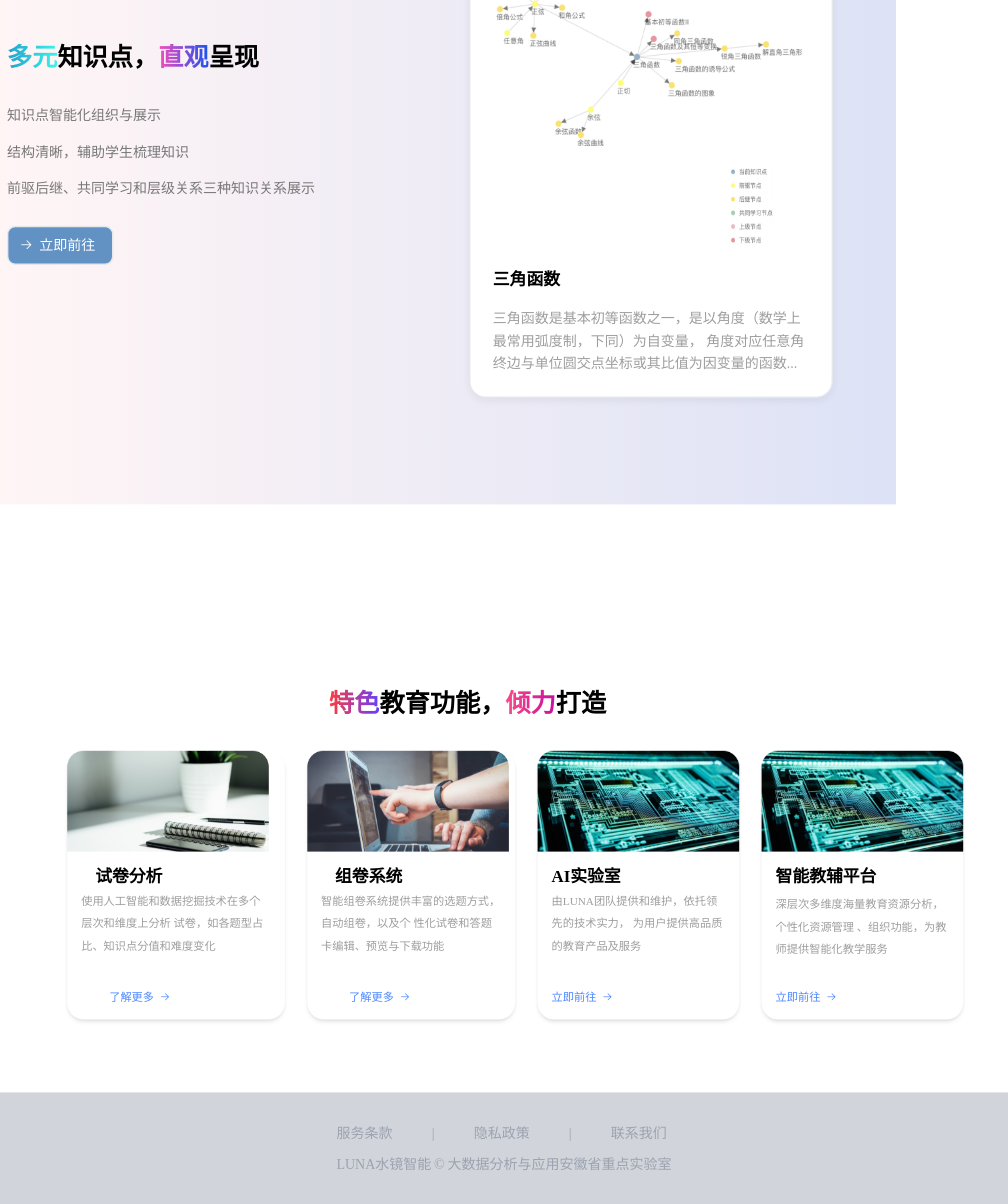
Repository: xydzy1/vue-start
Page: /
An editor plug-in stored every save of this project. The page is shown before and after the next save, followed by the edit.
The browser window is 1280 px wide. The page is 1440 px wide, so the pictures cover 1440 px, including what lies to the right of the window. The pictures show the part of the page from y = 2632 to 4352 px (the page is 4352 px tall), at 70% of full size.
The project was rebuilt for these pictures with package versions that can differ from the ones it lists, and the page was loaded fresh each time. Also part of the build but not shown: vite.config.js, vue.config.cjs, src/assets/part1.css.

Above is the page before, as saved 2023-08-13 11:18:17.

### index.html
<!doctype html>
<html lang="en">
  <head>
    <meta charset="UTF-8" />
    <link rel="icon" type="image/svg+xml" href="/vite.svg" />
    <meta name="viewport" content="width=device-width, initial-scale=1.0" />
    <title>Vite App</title>
  </head>
  <body>
    <div id="app"></div>
    <script type="module" src="./src/main.js"></script>
  </body>
</html>

### src/main.js
// main.js
import Vue from "vue";
import VueRouter from 'vue-router'
import router from './router'
import App from "./App.vue"
import axios from 'axios'
import './style/tailwind.css'
import ElementUI from "element-ui"
import 'element-ui/lib/theme-chalk/index.css'
import './assets/part1.css'



Vue.use(ElementUI)
Vue.use(VueRouter);

new Vue({
   router,
   el: "#app",
   render: (h) => h(App)
}).$mount();

### src/router/index.js
import Vue from 'vue'
import VueRouter from 'vue-router'

Vue.use(VueRouter)

const routes=[
    {
        path: '/',
        redirect: 'new_homepage',
    },
    {
        path: '/new_homepage',
        name: 'new_homepage',
        component: () => import('../components/main.vue'),
    },
    {
        path: '/hello',
        name: 'hello',
        component: () => import('../components/hello.vue'),
    }
]

const router = new VueRouter({
    mode: 'history',
    routes
  })

export default router

### src/App.vue
<template>
	<div>
		<router-view/>
	</div>
</template>

<script>

</script>

### src/components/main.vue
<template>
	<body class="font-Sara items-center overflow-x-hidden">
		<part1/>
		<part2/>
		<part3/>
		<part4/>
	</body>
</template>

<style scoped>

</style>

<script>
	import part1 from './all_part/part1.vue'
	import part2 from './all_part/part2.vue'
	import part3 from './all_part/part3.vue'
	import part4 from './all_part/part4.vue'
	export default{
		data() {
			return {}
		},
		methods:{},
		created(){
		},
		components:{part1,part2,part3,part4},
	}
	//导航栏响应滚动变色
	window.onscroll=function(){
		var topScroll =window.pageYOffset;
		console.log(topScroll)
		var nav=document.getElementById("nav");
		if(topScroll>120){
			nav.style.backgroundColor = 'rgba(255,255,255,0.75)';
			nav.style.backdropFilter = 'blur(24px)';
		}
		else{
			nav.style.backgroundColor = '';
			nav.style.backdropFilter = '';
		}
	}

</script>

### src/components/all_part/part1.vue
<template>
    <div>
        <div class="w-full max-w-1280 p-10 md:p-5 absolute flex items-center justify-center h-p1_1_nh md:h-p1_1_wh bg-gradient-to-r from-p1_c3 from-0% via-p1_c2 via-45% to-p1_c1 to-100% bg-opacity-100">
			<div class="fixed flex flex-row top-0 w-full z-50 py-nav_py" id="nav">
				<span class="flex-none pl-14">
					<img src="../../image/logo.png" class="w-36 h-11" >
				</span>
				<span class="flex-1"></span>
				<span class="hidden flex-none md:flex flex-row flex-nowrap max-w-1280 mx-14 text-xl font-medium">
					<button class="pr-3 hover:text-blue-400">首页</button>
					<button class="pr-3 ml-6 hover:text-blue-400">功能</button>
					<button v-for="item in ['AI实验室','成员']" class="ml-6 pr-3 hover:text-blue-400">{{ item }}</button>
					<span class="ml-6 mt-2">|</span>
					<button class="ml-6 hover:text-blue-400 ">登录</button>
					<button class="border-login_cborder border-2 rounded-full pl-4 pr-4 ml-6 py-2 hover:text-blue-400 ">注册</button>
				</span>
				<span class="flex-1 md:hidden">
					<button class="hover:text-blue-400 text-4xl absolute right-4"><i class="el-icon-menu"></i></button>
				</span>
			</div>
			<div class="absolute flex flex-row max-w-1280 bottom-logo_bottom">
				<span class="flex-none">
					<img src="../../image/logo2.png" class="w-32 h-32">
				</span>
				<span class="mx-3 pt-5">
					<h1 class="text-5xl font-medium px-5 tracking-widest">LUNA</h1>
					<h2 class="text-2xl font-normal text-center max-w-760 mt-2 tracking-wider">智慧教育知识图谱</h2>
				</span>
			</div>
			<div class="absolute flex flex-row shadow-p1_shadow max-w-1280 border-2 rounded-full w-auto md:w-160 h-16 mx-15 md:mx-0 bg-white items-center bottom-0 -bottom-8 z-40">
				<i class="el-icon-search text-2xl ml-5 mr-3"></i>
				<div class="w-search_frame_narrow md:w-search_frame_wide">
					<input type="text" class="my-search_frame_my flex-none text-left text-4.5 font-medium w-search_frame_narrow md:w-search_frame_wide flex-none outline-none z-1" placeholder="在此输入知识点名称" v-model="serchinfo">
				</div>
				<button @click='hello' class="ml-4 shadow-p1_shadow2 transition duration-300 text-center rounded-full px-10 py-3 z-2 text-white text-xl font-normal bg-gradient-to-r from-p1_cbutton1 to-p1_cbutton2">
					搜索
				</button>
			</div>
		</div>
        <div class="w-full max-w-1280 absolute flex items-center justify-center h-p1_2_nh md:h-p1_2_wh mt-p1_1_nh md:mt-p1_1_wh">
			    <div class="absolute top-10">
				    <button @click="hello" class="transition duration-300 rounded-full pl-10 pr-10 pt-3 pb-3 bg-gradient-to-t from-p1_cbutton1 to-p1_cbutton2 text-white text-xl font-normal">
					    vue-router-api
				    </button>
			    </div>
			    <div class="flex-none absolute top-1/3 w-760 text-center text-5xl font-medium">
				    寓智于教，致知未来
			    </div>
			    <div class="flex-none absolute flex top-1/2 w-760 text-center text-xl font-normal">
					智慧教育知识图谱（LUNA）致力于为广大师生提供深层次、多维度的海量教育资源处理分析工具，与智能、个性化的教育资源组织、分析与评估服务
			    </div>
		</div>
    </div>
</template>


<style scoped>
	button{
		transition-duration: 300ms;
	}
	button:active{
		transform: scale(.95);
	}
	button:hover{
		filter: brightness(.9);
	}
</style>

<script>
    export default{
        name: 'part1',
        data() {
			return {
				serchinfo: '三角函数',
			}
		},
		methods:{
			hello() {
				this.$router.replace('/hello');
			},
		},
    }
</script>

### src/components/all_part/part2.vue
<template>
    <div class="absolute w-full max-w-1280 flex items-center justify-center h-1500 minw:h-1000 mt-p2_mt px-10 minw:px-20 py-50">
			<div class="flex flex-col-reverse minw:flex-row flex-none items-center justify-center">
				<div class="flex flex-col items-center justify-center minw:items-stretch mt-20 minw:mt-0">
					<div class="flex flex-row text-xl font-semibold ml-6">
						<div class="flex flex-col" id="b1">
							<button class="flex-none" @click="c1">试题资源</button>
							<p class="w-auto h-0.5 bg-black" id="l1"></p>
						</div>
						<p class="w-10"></p>
						<div class="flex flex-col" id="b2">
							<button class="flex-none" @click="c2">试卷资源</button>
							<p class="w-auto h-0.5 bg-black" id="l2"></p>
						</div>
						<p class="w-10"></p>
						<div class="flex flex-col" id="b3">
							<button class="flex-none" @click="c3">教材教辅</button>
							<p class="w-auto h-0.5 bg-black" id="l3"></p>
						</div>
					</div>
					<div class="flex items-center justify-center mt-8">
						<div class="flex-none">
							<img src="../../image/data.png" class="w-152.5 h-130">
						</div>
					</div>
				</div>
				<div class="flex flex-col mt-36 ml-15">
					<span class="w-125 text-4xl font-bold text-center minw:text-left">
						<span class="bg-gradient-to-r from-p2_cword1_1 to-p2_cword1_2 inline-block bg-clip-text text-transparent">海量</span>
						<span >教学资源，</span>
						<span class="bg-gradient-to-r from-p2_cword2_1 to-p2_cword2_2 inline-block bg-clip-text text-transparent">智能</span>
						<span>处理</span>
					</span>
					<ul class="w-125 text-xl font-normal text-p3_cword4 mt-10 text-center minw:text-left">
						<li>海量标准化、体系化的教学资源</li>
						<li class="pt-6">基于高效准确的试题相似度评估算法的高质量资源库</li>
						<li class="pt-6">智能与个性化的资源录入、查询和管理服务</li>
					</ul>
					<span class="flex flex-row w-125 text-xl text-white font-normal mt-10">
						<button class="bg-p2_cbutton2 pt-3 pb-3 pl-5 pr-5 mr-4  rounded-xl"><i class="el-icon-edit"></i> 试题录入</button>
						<button class="bg-p2_cbutton3 pt-3 pb-3 pl-5 pr-5 mr-4  rounded-xl"><i class="el-icon-search"></i> 试题检索</button>
						<button class="bg-p2_cbutton1 pt-3 pb-3 pl-5 pr-5  rounded-xl"><i class="el-icon-reading"></i> 智能分析</button>
					</span>
				</div>
			</div>
	</div>
</template>

<style>
	button{
		transition-duration: 300ms;
	}
	button:active{
		transform: scale(.95);
	}
	button:hover{
		filter: brightness(.9);
	}
</style>

<script>
    export default{
        name: 'part2',
		data(){
			return{

			}
		},
		methods:{
			c1(){
				var b1=document.getElementById('b1');
				var b2=document.getElementById('b2');
				var b3=document.getElementById('b3');
				var l1=document.getElementById('l1');
				var l2=document.getElementById('l2');
				var l3=document.getElementById('l3');
				b1.style.color='#000000';
				b2.style.color='#707070';
				b3.style.color='#707070';
				l1.style.display='';
				l2.style.display='none';
				l3.style.display='none';
			},
			c2(){
				var b1=document.getElementById('b1');
				var b2=document.getElementById('b2');
				var b3=document.getElementById('b3');
				var l1=document.getElementById('l1');
				var l2=document.getElementById('l2');
				var l3=document.getElementById('l3');
				b1.style.color='#707070';
				b2.style.color='#000000';
				b3.style.color='#707070';
				l1.style.display='none';
				l2.style.display='';
				l3.style.display='none';
			},
			c3(){
				var b1=document.getElementById('b1');
				var b2=document.getElementById('b2');
				var b3=document.getElementById('b3');
				var l1=document.getElementById('l1');
				var l2=document.getElementById('l2');
				var l3=document.getElementById('l3');
				b1.style.color='#707070';
				b2.style.color='#707070';
				b3.style.color='#000000';
				l1.style.display='none';
				l2.style.display='none';
				l3.style.display='';
			}
		},
		mounted(){
			this.c1();
		}
	}
</script>

### src/components/all_part/part3.vue
<template>
    <div class="items-center justify-center py-45 px-10 minw:px-20 absolute w-full max-w-1280 flex flex-col minw:flex-row h-1500 minw:h-1000 mt-p3_mt2 minw:mt-p3_mt1 bg-gradient-to-r from-p3_c1 to-p3_c2">
			<div class="flex-none">
				<div class="flex flex-col items-center minw:items-stretch">
					<span class="flex-none w-125 h-8 text-4xl font-bold text-center minw:text-left">
						<span class="bg-gradient-to-r from-p3_cword1_1 to-p3_cword1_2 inline-block bg-clip-text text-transparent">
							多元
						</span>
						<span>知识点，</span>
						<span class="bg-gradient-to-r from-p3_cword2_1 to-p3_cword2_2 inline-block bg-clip-text text-transparent">
							直观
						</span>
						<span>呈现</span>
					</span>
					<ul class="flex-none text-xl font-normal mt-14 text-p3_cword4 text-center minw:text-left">
						<li>知识点智能化组织与展示</li>
						<li class="pt-6">结构清晰，辅助学生梳理知识</li>
						<li class="pt-6">前驱后继、共同学习和层级关系三种知识关系展示</li>
					</ul>
					<span class="flex-none mt-10 text-white text-xl font-normal">
						<button class="bg-p3_cbutton pl-4 pr-6 pt-3 pb-3 border-2 rounded-xl"><i class="el-icon-right pr-2"></i>立即前往</button>
					</span>
				</div>
			</div>
			<div class="flex-none flex flex-col items-center justify-center px-0 minw:px-20 mt-20 minw:mt-11">
					<div class="w-130 minw:ml-20 h-auto px-8 flex flex-col flex-none border-2 rounded-3xl shadow-p3_shadow bg-white z-0">
						<span class="flex-none">
							<img src="../../image/triangle.png" class="w-114 h-80">
							<img src="../../image/triangle2.png" class="relative left-3/4 w-16 h-28">
						</span>
						<span class="pb-8 mt-8 flex flex-col flex-none">
							<span class="text-2xl font-bold">三角函数</span>
							<span class="text-xl font-normal text-p3_cword3 mt-6 leading-8">
								<p>三角函数是基本初等函数之一，是以角度（数学上最常用弧度制，下同）为自变量，
									角度对应任意角终边与单位圆交点坐标或其比值为因变量的函数...</p>
							</span>
						</span>
					</div>
			</div>
	</div>
</template>

<script>
    export default{
        name: 'part2'
    }
</script>

### src/components/all_part/part4.vue
<template>
    <div class="transition duration-200 ease-in-out w-full max-w-1280">
        <div class="py-66 px-20 absolute flex flex-col h-auto md:h-1160 mt-p4_mt2 minw:mt-p4_mt1 items-center justify-center">
			<div class="flex-none flex text-4xl ml-24 minw:ml-0 font-bold w-125 ">
				<span class="bg-gradient-to-r from-p4_cword1_1 to-p4_cword1_2 inline-block bg-clip-text text-transparent">
					特色
				</span>
				<span>教育功能，</span>
				<span class="bg-gradient-to-r from-p4_cword2_1 to-p4_cword2_2 inline-block bg-clip-text text-transparent">
					倾力
				</span>
				<span>打造</span>
			</div>
			<div class="flex flex-col minw:flex-row mt-12">
				<div class="flex-none flex flex-col md:flex-row max-w-full minw:max-w-2xl">
					<div class="relative transform hover:-translate-y-4 flex flex-col w-auto min-w-72 h-96 rounded-3xl shadow-md mx-4">
						<span>
							<img src="../../image/p4-1.png" class="w-auto minw:w-72 h-36 hover:mt-4">
						</span>
						<span class="p-5">
							<span class="text-2xl font-bold mt-5 mx-5">试卷分析</span>
							<span class="text-p3_cword3 leading-8 mt-2 mx-5 font-normal">
								<p>使用人工智能和数据挖掘技术在多个层次和维度上分析
								试卷，如各题型占比、知识点分值和难度变化</p>
							</span>
							<span class="absolute bottom-5">
								<button class="text-p4_cbutton pl-5 pt-2">了解更多<i class="el-icon-right pl-2"></i></button>
							</span>
						</span>
					</div>
					<div class="relative transform hover:-translate-y-4 flex flex-col w-auto min-w-72 h-96 rounded-3xl shadow-md mx-4 mt-16 md:mt-0">
						<span>
							<img src="../../image/p4-2.png" class="w-auto minw:w-72 h-36">
						</span>
						<span class="p-5">
							<span class="text-2xl font-bold mt-5 mx-5">组卷系统</span>
							<span class="text-p3_cword3 leading-8 mt-2 mx-5 font-normal">
								<p>智能组卷系统提供丰富的选题方式，自动组卷，以及个
									性化试卷和答题卡编辑、预览与下载功能</p>
							</span>
							<span class="absolute bottom-5">
								<button class="text-p4_cbutton pl-5 pt-2">了解更多<i class="el-icon-right pl-2"></i></button>
							</span>
						</span>
					</div>
				</div>
				<div class="flex flex-col md:flex-row max-w-full minw:max-w-2xl">
					<div class="relative transform hover:-translate-y-4 flex flex-col w-auto min-w-72 h-96 rounded-3xl shadow-md mx-4 mt-16 minw:mt-0">
						<span>
							<img src="../../image/p4-3.png" class="w-auto minw:w-72 h-36">
						</span>
						<span class="p-5">
							<span class="text-2xl font-bold">AI实验室</span>
							<span class="text-p3_cword3 leading-8 mt-2 font-normal">
								<p>由LUNA团队提供和维护，依托领先的技术实力，
									为用户提供高品质的教育产品及服务</p>
							</span>
							<span class="absolute bottom-5">
								<button class="text-p4_cbutton pt-2">立即前往<i class="el-icon-right pl-2"></i></button>
							</span>
						</span>
					</div>
					<div class="relative transform hover:-translate-y-4 flex flex-col w-auto min-w-72 h-96 rounded-3xl shadow-md mx-4 mt-16 minw:mt-0">
						<span>
							<img src="../../image/p4-3.png" class="w-auto minw:w-72 h-36">
						</span>
						<span class="text-2xl font-bold mt-5 mx-5">智能教辅平台</span>
						<span class="text-p3_cword3 leading-8 mt-2 mx-5 font-normal">
							<p>深层次多维度海量教育资源分析，个性化资源管理
								、组织功能，为教师提供智能化教学服务</p>
						</span>
						<span class="absolute bottom-5">
							<button class="text-p4_cbutton pl-5 pt-2">立即前往<i class="el-icon-right pl-2"></i></button>
						</span>
					</div>
				</div>
			</div>
			<div class="w-full max-w-1280 py-8 px-72 absolute bottom-0 left-0 flex h-40 bg-gray-300 items-center justify-center">
			<div class="flex-none flex flex-col">
				<span class="flex flex-row text-gray-400 text-xl font-normal">
					<span>服务条款</span>
					<span class="ml-14">|</span>
					<span class="ml-14">隐私政策</span>
					<span class="ml-14">|</span>
					<span class="ml-14">联系我们</span>
				</span>
				<span class="flex flex-row text-gray-400 text-xl font-normal pt-4">
					<span>LUNA水镜智能</span>
					<span class="ml-1">©</span>
					<span class="ml-1">大数据分析与应用安徽省重点实验室</span>
				</span>
			</div>
			</div>
		</div>
    </div>
</template>

<script>
    export default{
        name: 'part2'
    }
</script>

### tailwind.config.cjs
module.exports = {
  purge: ['./index.html', './src/**/*.{vue,js,ts,jsx,tsx}'],
  darkMode: false, // or 'media' or 'class'
  theme: {
    extend: {
      colors: {
        //background color
        p1_c1: '#ABC5F3',
        p1_c2: '#C2DEF4',
        p1_c3: '#D5F2F4',
        p3_c1: '#FFF5F5',
        p3_c2: '#DDE2F6',
        //button color
        login_cborder: '#313131',
        p1_cbutton1: '#7BAFEE',
        p1_cbutton2: '#7786EB',
        p2_cbutton1: '#766AD4',
        p2_cbutton2: '#D46A6A',
        p2_cbutton3: '#6A91D4',
        p3_cbutton: '#6291C4',
        p4_cbutton: '#4E89FF',
        //text color
        p2_cword1_1: '#FF4848',
        p2_cword1_2: '#F0BC2D',
        p2_cword2_1: '#4CC1F7',
        p2_cword2_2: '#1A52EE',
        p2_cword3: '#707070',
        p3_cword1_1: '#23A1CB',
        p3_cword1_2: '#3AF4EB',
        p3_cword2_1: '#F74CBE',
        p3_cword2_2: '#1A52EE',
        p3_cword3: '#9E9E9E',
        p3_cword4: '#787878',
        p4_cword1_1: '#FF3C3C',
        p4_cword1_2: '#663CFF',
        p4_cword2_1: '#F74C88',
        p4_cword2_2: '#CA0F9E',
      },
      container: {
        center: true,
        padding: '10px',
      },
      boxShadow: {
        'p1_shadow': '0px 6px 32px 0px rgba(0, 0, 0, 0.12)',
        'p1_shadow2': '1px 2px 6px 0px rgba(0, 0, 0, 0.08)',
        'p3_shadow': '0px 4px 12px 0px rgba(0, 0, 0, 0.06)',
      },
      spacing:{
        '11': '44px',
        '15': '60px',
        'nav_py': '17.5px',
        'search_frame_my': '19px',
        '4.5': '22px',
        '25': '100px',
        '41.5': '166px',
        '45': '180px',
        '50': '200px',
        'logo_bottom': '202px',
        '66': '264px',
        'search_frame_narrow' : '320px',
        'search_frame_wide': '440px',
        '114': '456px',
        '125': '500px',
        '130': '520px',
        '140': '560px',
        '152.5': '610px',
        'p1_1_wh': '620px',
        'p1_1_nh': '660px',
        'p1_2_wh' : '632px',
        'p1_2_nh' : '592px',
        '160': '640px',
        '760': '760px',
        '1000': '1000px',
        'p4_h': '1160px',
        '1280': '1280px',
        '1500': '1500px',
        'p2_mt': '1252px',
        'p3_mt1': '2352px',
        'p3_mt2': '2852px',
        'p4_mt1': '3352px',
        'p4_mt2': '4352px',
        'p4_mt3': '5352px',
        '3/5': '60%',
        '1/7': '14.2857143%',
        '1/8': '12.5%',
      },
      letterSpacing: {
        'widest': '.24em',
      },
      flexBasis: {
        '1/7': '14.2857143%',
        '2/7': '28.5714286%',
        '4/7': '57.1428571%',
      },
      fontFamily: {
        'Sara': ['Sarasa Gothic SC'],
      },
      fontSize: {
        '4.5': ['18px', '26px'],
      },
      lineHeight: {
        '12': '3rem',
      },
      screens: {
        'minw': '1200px',
      },
      minWidth:{
        '72': '288px'
      },
      maxWidth:{
        /* 启用最大宽度1280
        '1280': '1280px'
        */
      }
    },
  },
  variants: {
    extend: {},
  },
  plugins: [],
}

Loaded but not shown: src/style/tailwind.css (common file)

After the next save:
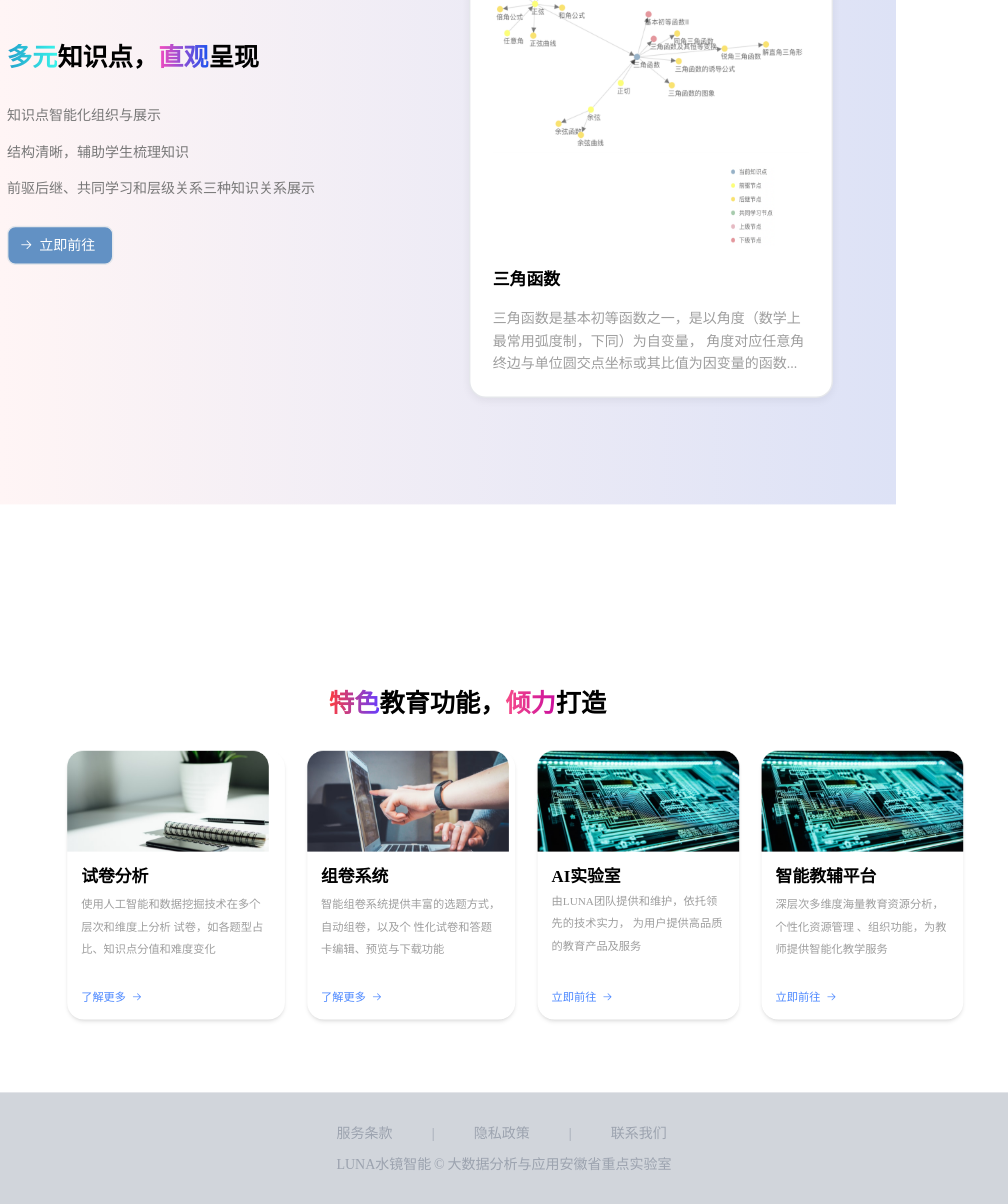
Saved 47 s later.
--- a/src/components/all_part/part4.vue
+++ b/src/components/all_part/part4.vue
@@ -17,30 +17,26 @@
 						<span>
 							<img src="../../image/p4-1.png" class="w-auto minw:w-72 h-36 hover:mt-4">
 						</span>
-						<span class="p-5">
-							<span class="text-2xl font-bold mt-5 mx-5">试卷分析</span>
-							<span class="text-p3_cword3 leading-8 mt-2 mx-5 font-normal">
-								<p>使用人工智能和数据挖掘技术在多个层次和维度上分析
-								试卷，如各题型占比、知识点分值和难度变化</p>
-							</span>
-							<span class="absolute bottom-5">
-								<button class="text-p4_cbutton pl-5 pt-2">了解更多<i class="el-icon-right pl-2"></i></button>
-							</span>
+						<span class="text-2xl font-bold mt-5 mx-5">试卷分析</span>
+						<span class="text-p3_cword3 leading-8 mt-2 mx-5 font-normal">
+							<p>使用人工智能和数据挖掘技术在多个层次和维度上分析
+							试卷，如各题型占比、知识点分值和难度变化</p>
+						</span>
+						<span class="absolute bottom-5">
+							<button class="text-p4_cbutton pl-5 pt-2">了解更多<i class="el-icon-right pl-2"></i></button>
 						</span>
 					</div>
 					<div class="relative transform hover:-translate-y-4 flex flex-col w-auto min-w-72 h-96 rounded-3xl shadow-md mx-4 mt-16 md:mt-0">
 						<span>
 							<img src="../../image/p4-2.png" class="w-auto minw:w-72 h-36">
 						</span>
-						<span class="p-5">
-							<span class="text-2xl font-bold mt-5 mx-5">组卷系统</span>
-							<span class="text-p3_cword3 leading-8 mt-2 mx-5 font-normal">
-								<p>智能组卷系统提供丰富的选题方式，自动组卷，以及个
-									性化试卷和答题卡编辑、预览与下载功能</p>
-							</span>
-							<span class="absolute bottom-5">
-								<button class="text-p4_cbutton pl-5 pt-2">了解更多<i class="el-icon-right pl-2"></i></button>
-							</span>
+						<span class="text-2xl font-bold mt-5 mx-5">组卷系统</span>
+						<span class="text-p3_cword3 leading-8 mt-2 mx-5 font-normal">
+							<p>智能组卷系统提供丰富的选题方式，自动组卷，以及个
+								性化试卷和答题卡编辑、预览与下载功能</p>
+						</span>
+						<span class="absolute bottom-5">
+							<button class="text-p4_cbutton pl-5 pt-2">了解更多<i class="el-icon-right pl-2"></i></button>
 						</span>
 					</div>
 				</div>
